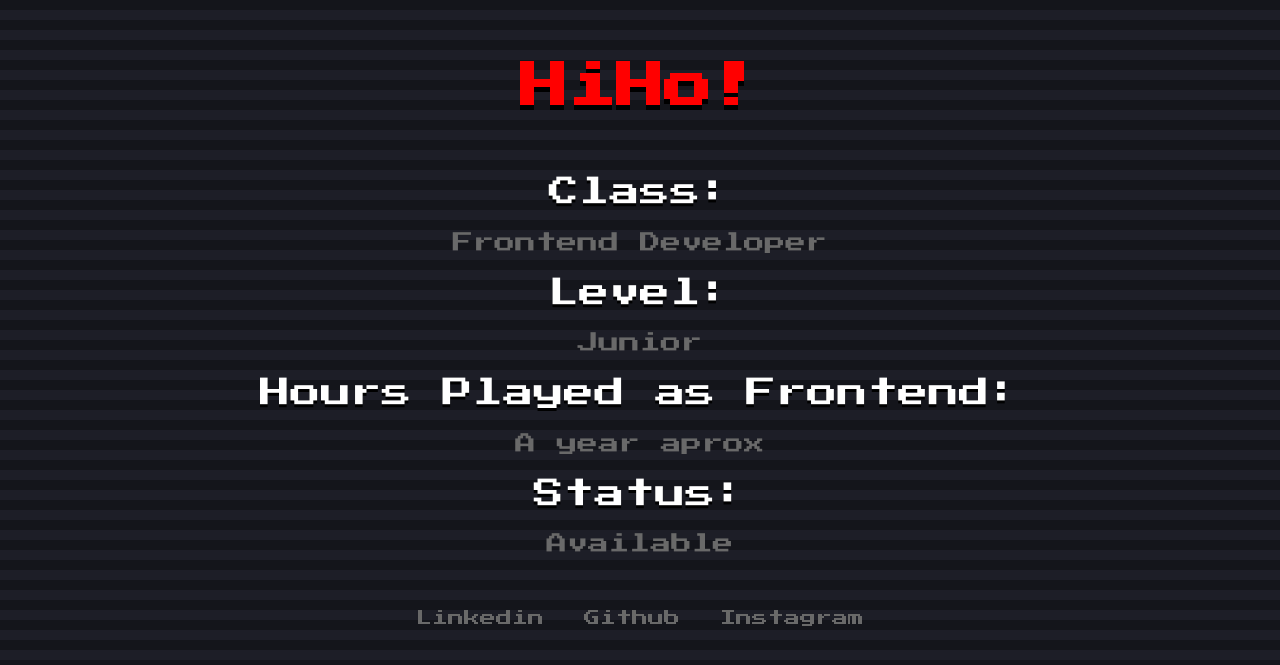
Repository: sernalab/soon
Page: index.html
The author's editor kept a copy of each file at every save. The page is drawn from the files as they stood at one save, then again after the next save.
The browser window is 1280 px wide. The pictures show the whole page.

Above is the page before, as saved 2018-12-27 00:58:54.

After the next save:
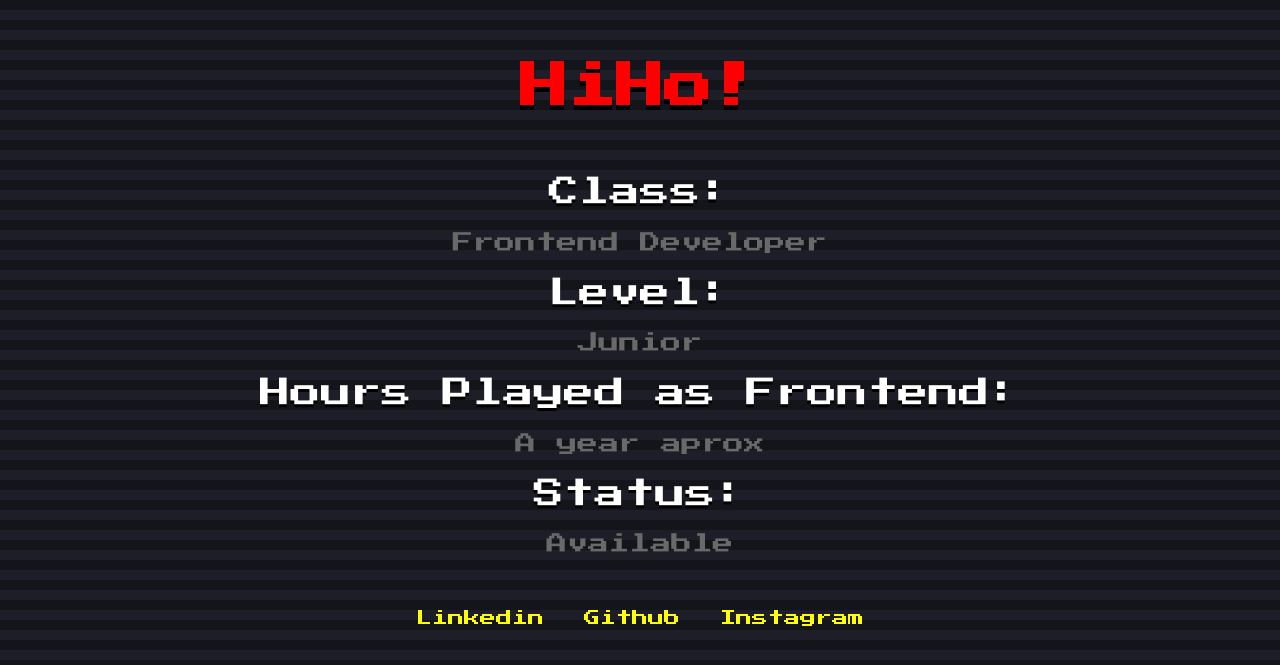
Saved 42 s later.
--- a/css/styles.css
+++ b/css/styles.css
@@ -469,11 +469,11 @@ li {
 
 a {
     text-decoration: none;
-    color: dimgray;
+    color: yellow;
 }
 
 a:hover {
-    border-bottom: 3px solid dimgrey;
+    border-bottom: 3px solid yellow;
     padding-bottom: 5px;
     color: dimgray;
 }
